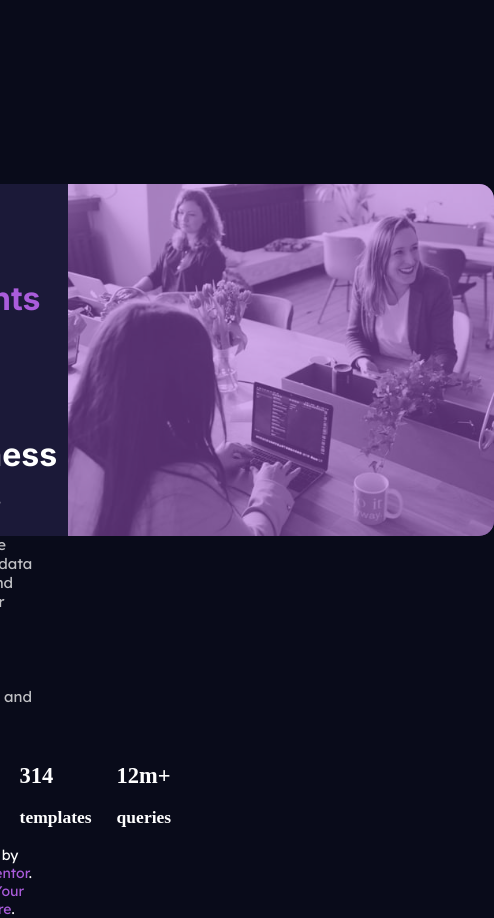
Repository: wasanmsn/Card_Challange
Page: index.html
These files come from the project's save history. The page is drawn as it stood at one moment and after the next save; the edit follows.
The browser window is 375 px wide. The page is 494 px wide, then 401 px, so the pictures cover 494 px, including what lies to the right of the window. The pictures show the whole page.

Above is the page before, as saved 2021-07-21 17:11:02.

### index.html
<!DOCTYPE html>
<html lang="en">

<head>
  <meta charset="UTF-8">
  <meta name="viewport" content="width=device-width, initial-scale=1.0">
  <!-- displays site properly based on user's device -->

  <link rel="icon" type="image/png" sizes="32x32" href="./images/favicon-32x32.png">
  <link rel="stylesheet" href="./stylesheet.css">

  <title>Frontend Mentor | Stats preview card component</title>

</head>

<body>
  <div class="container">
    <div class="column1">
      <h1 id="header">
        Get <span>insights</span> that help your business grow.
      </h1>
      <div id="content">
        Discover the benefits of data analytics and make better decisions regarding revenue, customer
        experience, and overall efficiency.
      </div>
      <div id="content2">
        <div class="row"><h2>10k+</h2> <h3>companies</h3></div>
        <div class="row"><h2>314</h2> <h3>templates</h3></div>
        <div class="row"><h2>12m+</h2> <h3>queries</h3></div>
      </div>
      <div class="attribution">
        Challenge by <a href="https://www.frontendmentor.io?ref=challenge" target="_blank">Frontend Mentor</a>.
        Coded by <a href="#">Your Name Here</a>.
      </div>
    </div>
      <div class="column2">
        <image id="img" src="./images/image-header-desktop.jpg">
    </div>
  </div>


</body>

</html>

### stylesheet.css
@import url('https://fonts.googleapis.com/css2?family=Inter:wght@400;700&family=Lexend+Deca&display=swap');

body {
    margin: 0;
    padding: 0;
    background-color: hsl(233, 47%, 7%);

}

.container {
    width: 100%;
    display: flex;
    height: 90vh;
    justify-content: center;
    align-items: center;

}

.column1 {
    -webkit-box-sizing: border-box;
    /* Safari/Chrome, other WebKit */
    -moz-box-sizing: border-box;
    /* Firefox, other Gecko */
    box-sizing: border-box;
    /* Opera/IE 8+ */
    display: flex;
    flex-direction: column;
    justify-content: space-between;
    height: 22rem;
    width: 50%;
    padding: 35px;
    border-radius: 15px 0 0 15px;
    background-color: hsl(244, 38%, 16%);

}

.column2 {
    -webkit-box-sizing: border-box;
    /* Safari/Chrome, other WebKit */
    -moz-box-sizing: border-box;
    /* Firefox, other Gecko */
    box-sizing: border-box;
    /* Opera/IE 8+ */
    height: 22rem;
    border-radius: 0 15px 15px 0;
    background-color: hsl(277, 64%, 61%);
}
span {
    color: hsl(277, 64%, 61%);

}
#img {
    opacity: 0.5;
    height: 100%;
    border-radius: 0 15px 15px 0;
}
#header{
    font-family: 'Inter', sans-serif;
    font-weight: 700;
    color:hsl(0, 0%, 100%) ;
}
#content{
    font-size: 15px;
    font-family: 'Lexend Deca', sans-serif;
    color: hsla(0, 0%, 100%, 0.75);
}
#content2{
    display: flex;
    font-size: 15px;
    font-family: 'Times New Roman', Times, serif;
    color: hsl(0, 0%, 100%) ;
}
.row{
    display: block;
    margin-right: 25px;
}
.attribution {
    font-size: 14px;
    text-align: center;
    font-family: 'Lexend Deca', sans-serif;
    color: hsl(0, 0%, 100%) ;
}
.attribution a {
    text-decoration: none;
    color: hsl(277, 64%, 61%);
  }
  @media (max-width:600px){
      .container{
          flex-direction: row;
      }
  }

After the next save:
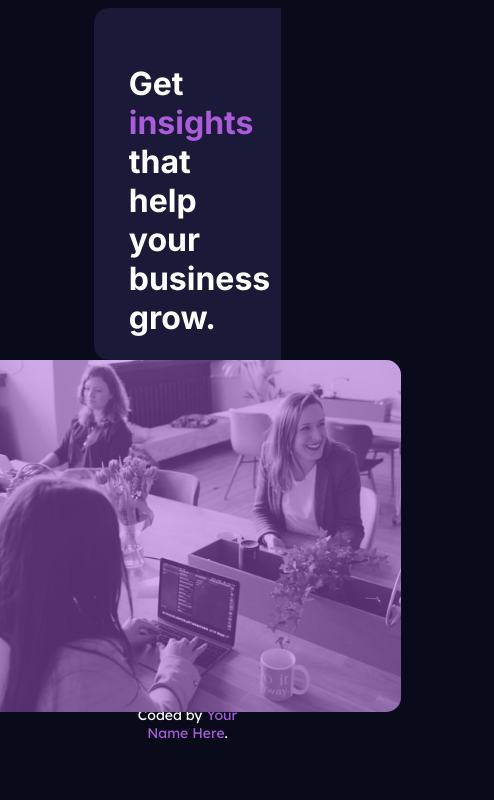
Saved 58 s later.
--- a/stylesheet.css
+++ b/stylesheet.css
@@ -85,7 +85,13 @@ span {
     color: hsl(277, 64%, 61%);
   }
   @media (max-width:600px){
-      .container{
-          flex-direction: row;
-      }
+    .container {
+        width: 100%;
+        display: flex;
+        height: 90vh;
+        flex-direction: column;
+        justify-content: center;
+        align-items: center;
+
+    }
   }
